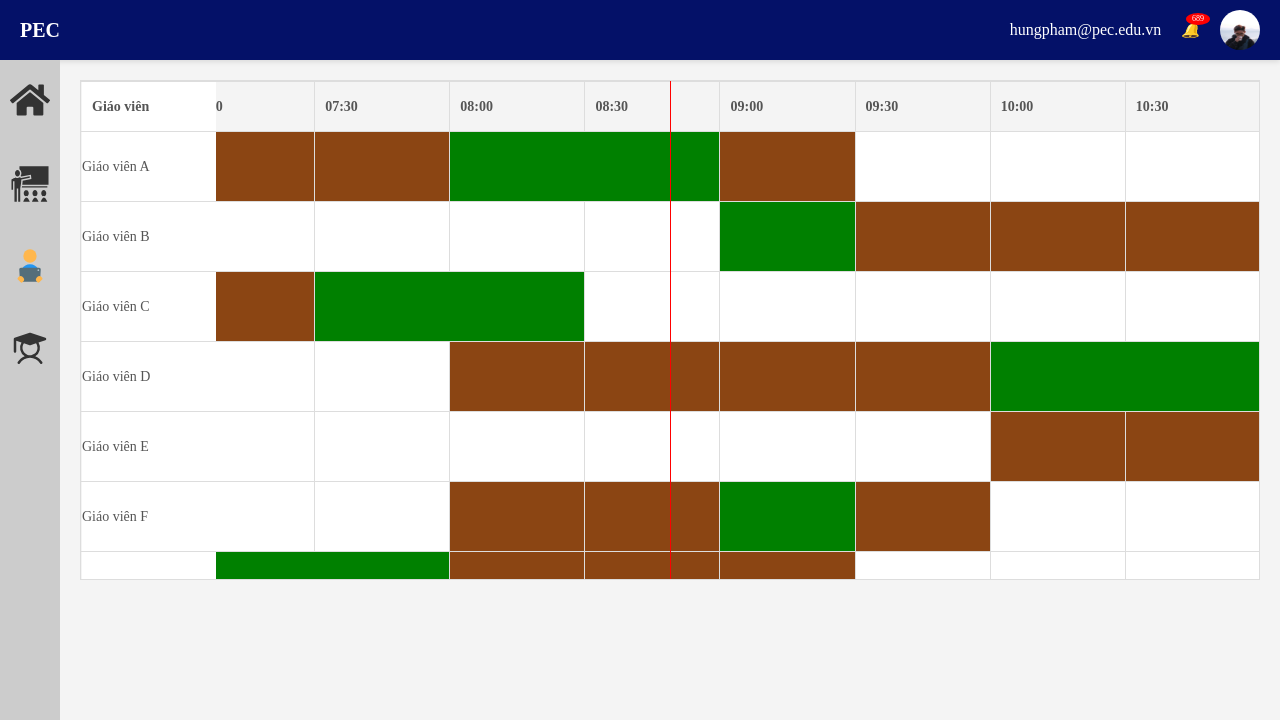
Repository: BitDanceLabels/Bumblebee_BDG
Page: /booking
The author's editor kept a copy of each file at every save. The page is drawn from the files as they stood at one save, then again after the next save.
The browser window is 1280 px wide. The pictures show the whole page.
An inner scrolling area shows only its first screen. The project was rebuilt for these pictures with package versions that can differ from the ones it lists, and the page was loaded fresh each time. Also part of the build but not shown: vite.config.js, src/components/Dashboard/ScheduleStyle.jsx, src/shared/functions.jsx, src/components/Dashboard/ScheduleComponent.jsx, src/components/Dashboard/ClassScheduleMonthly.jsx, src/components/modal/ClassBookingModal.jsx, src/components/modal/ClassUpdateBookingModal.jsx, src/components/modal/CreateStudentModal.jsx and 25 more.

Above is the page before, as saved 2024-10-09 13:38:24.

### index.html
<!DOCTYPE html>
<html lang="en">
  <head>
    <meta charset="UTF-8" />
    <link rel="icon" type="image/png" href="./src/assets/main_logo.png" />
    <meta name="viewport" content="width=device-width, initial-scale=1.0" />
    <title>Power English CRM</title>
  </head>
  <body>
    <div id="root"></div>
    <script type="module" src="/src/main.jsx"></script>
  </body>
</html>

### src/main.jsx
import { StrictMode } from 'react'
import { createRoot } from 'react-dom/client'
import MainApp from './pages/MainApp.jsx'
import App from './App.jsx'
import './index.css'

createRoot(document.getElementById('root')).render(
  <StrictMode>
    <MainApp />
  </StrictMode>
)

### src/pages/MainApp.jsx
import React, { useState } from 'react'
import Header from '../components/General/Header'
import Navbar from '../components/General/Navbar'
import ScheduleComponent from '../components/Dashboard/ScheduleComponent'
import ClassScheduleMonthly from '../components/Dashboard/ClassScheduleMonthly'
import Booking from '../components/Management/Booking'
import ListOfStudent from '../components/Student/ListOfStudent'
import ListOfTeacher from '../components/Teacher/ListOfTeacher'
import { BrowserRouter as Router, Route, Routes } from 'react-router-dom'
import styled from 'styled-components'
import TeacherTabs from '../components/Teacher/TeacherTabs'
import StudentProfile from '../components/Student/StudentProfile'
import TeacherRegisterTimeTable from '../components/Teacher/TeacherRegisterTimeTable'
import TeacherTimeTable from '../components/Teacher/TeacherTimeTable'
import CourseInfo from '../components/Student/CourseInfo'
import TicketTabs from '../components/Management/TicketTabs'
import Users from '../components/Management/Users'

function MainApp() {
  const [isHovered, setIsHovered] = useState(false)

  return (
    <Router>
      <MainAppWrapper>
        <HeaderWrapper>
          <Header />
        </HeaderWrapper>
        <div className="main-layout">
          {/* Truyền setIsHovered để cập nhật trạng thái */}
          <NavbarWrapper
            onMouseEnter={() => setIsHovered(true)}
            onMouseLeave={() => setIsHovered(false)}
            isHovered={isHovered}
          >
            {/* Truyền trạng thái isHovered vào Navbar */}
            <Navbar isHovered={isHovered} />
          </NavbarWrapper>
          <ContentWrapper isHovered={isHovered}>
            <Routes>
              <Route path="/classes" element={<ScheduleComponent />} />
              <Route
                path="/class-schedule"
                element={<ClassScheduleMonthly />}
              />
              <Route path="/booking" element={<Booking />} />
              <Route path="/students" element={<ListOfStudent />} />
              <Route path="/teacher" element={<ListOfTeacher />} />
              <Route path="/teacher-profile" element={<TeacherTabs />} />
              <Route path="/student-profile" element={<StudentProfile />} />
              <Route path="/teacher-timetable" element={<TeacherTimeTable />} />
              <Route path="/course-info" element={<CourseInfo />} />
              <Route path="/ticket" element={<TicketTabs />} />
              <Route path="/users" element={<Users />} />
              <Route
                path="/teacher-register"
                element={<TeacherRegisterTimeTable />}
              />
              {/* Add more routes as needed */}
            </Routes>
          </ContentWrapper>
        </div>
      </MainAppWrapper>
    </Router>
  )
}

const MainAppWrapper = styled.main`
  width: 100%;
  display: flex;
  flex-direction: column;
  height: 100vh;

  .main-layout {
    display: flex;
    flex-grow: 1;
  }
`

const HeaderWrapper = styled.header`
  position: fixed;
  top: 0;
  width: 100%;
  z-index: 1000;
  background-color: white;
  box-shadow: 0 2px 5px rgba(0, 0, 0, 0.1);
`

const NavbarWrapper = styled.nav`
  position: fixed;
  top: 60px;
  left: 0;
  height: calc(100vh - 60px);
  width: ${({ isHovered }) => (isHovered ? '250px' : '60px')};
  background-color: #ccc;
  color: white;
  z-index: 1000;
  overflow-y: auto;
  overflow-x: hidden;
  transition: width 0.4s ease, transform 0.4s ease;

  &:hover {
    transform: translateX(0);
  }
`

const ContentWrapper = styled.div`
  margin-top: 60px;
  margin-left: ${({ isHovered }) =>
    isHovered ? '250px' : '60px'}; /* Thay đổi margin khi hover */
  padding: 20px;
  flex-grow: 1;
  background-color: #f4f4f4;
  min-height: 100%;
  overflow-y: auto;
  transition: margin-left 0.4s ease;
`

export default MainApp

### src/index.css
/*
--- 01 TYPOGRAPHY SYSTEM

- Font sizes (px)
10 / 12 / 14 / 16 / 18 / 20 / 24 / 30 / 36 / 44 / 52 / 62 / 74 / 86 / 98
h2: 3.6rem
h3: 2.4rem
p: 1.8rem

- Font weights
Default: 400
Medium: 500
Semi-bold: 600
Bold: 700

- Line heights
Default: 1
Small: 1.05
Medium: 1.2
Paragraph default: 1.6
Large: 1.8

- Letter spacing
-0.5px
0.75px


--- 05 SHADOWS

0 2.4rem 4.8rem rgba(0, 0, 0, 0.075);

--- 06 BORDER-RADIUS

Default: 9px
Medium: 11px

--- 07 WHITESPACE

- Spacing system (px)
2 / 4 / 8 / 12 / 16 / 24 / 32 / 48 / 64 / 80 / 96 / 128
*/

/* google font */
@import url('https://fonts.googleapis.com/css2?family=Rubik:wght@400;500;600;700&display=swap');
* {
  padding: 0;
  margin: 0;
  box-sizing: border-box;
}

html {
  /* font-size: 10px; */

  /* 10px / 16px = 0.625 = 62.5% */
  /* Percentage of user's browser font-size setting */
  font-size: 62.5%;
  overflow-x: hidden;

  /* Does NOT work on Safari */
  scroll-behavior: smooth;
}

body {
  font-family: 'Times New Roman', Times, serif;
  line-height: 1;
  font-weight: 400;
  color: #555;
  /* background-color: #f9f9f9; */
  background-color: #f1f3f5;

  /* Only works if there is nothing absolutely positioned in relation to body */
  overflow-x: hidden;
}

/**************************/
/* GENRAL REUSABLE COMPONENTS */
/**************************/

/* container */
.container {
  max-width: 1200px;
  margin: 0 auto;
  padding: 0 1.8rem;
}

@media screen and (min-width: 768px) {
  .container {
    padding: 0 3.4rem;
  }
}

@media screen and (min-width: 1400px) {
  .container {
    padding: 0 1rem;
  }
}

.grid {
  display: grid;
  column-gap: 6.4rem;
  row-gap: 9.6rem;

  /* margin-bottom: 9.6rem; */
}

.flex {
  display: flex;
  align-items: center;
}

/* .grid:last-child {
    margin-bottom: 0;
  } */

.grid:not(:last-child) {
  margin-bottom: 9.6rem;
}

.grid--2-cols {
  grid-template-columns: repeat(2, 1fr);
}

.grid--3-cols {
  grid-template-columns: repeat(3, 1fr);
}

.grid--4-cols {
  grid-template-columns: repeat(4, 1fr);
}

/* .grid--5-cols {
    grid-template-columns: repeat(5, 1fr);
  } */

.grid--center-v {
  align-items: center;
}

.white-space-large {
  margin-bottom: 12.8rem;
}

.white-space-medium {
  margin-bottom: 9.6rem;
}

.white-space-medium--top {
  margin-top: 9.6rem;
}

.white-space-small {
  margin-bottom: 6.4rem;
}

.white-space-small--top {
  margin-top: 6.4rem;
}

/* .heading-primary,
.heading-secondary,
.heading-tertiary {
  font-weight: 700;
  color: #333;
  letter-spacing: -0.5px;
}

.heading-primary {
  font-size: 5.2rem;
  line-height: 1.05;
  margin-bottom: 3.2rem;
}

.heading-secondary {
  font-size: 4.4rem;
  line-height: 1.2;
  margin-bottom: 9.6rem;
}

.heading-tertiary {
  font-size: 3rem;
  line-height: 1.2;
  margin-bottom: 3.2rem;
}

.subheading {
  display: block;
  font-size: 1.6rem;
  font-weight: 500;
  color: #1971c2;
  text-transform: uppercase;
  margin-bottom: 1.6rem;
  letter-spacing: 0.75px;
} */
/*
.btn,
.btn:link,
.btn:visited {
  display: inline-block;

  text-decoration: none;
  font-size: 2rem;
  font-weight: 600;
  padding: 1.6rem 3.2rem;
  border-radius: 9px;

  border: none;
  cursor: pointer;
  font-family: inherit;
  transition: all 0.3s;
}

.btn--full:link,
.btn--full:visited {
  background-color: #1971c2;
  color: #fff;
}

.btn--full:hover,
.btn--full:active {
  background-color: #1971c2;
}

.btn--outline:link,
.btn--outline:visited {
  background-color: #fff;
  color: #555;
}

.btn--outline:hover,
.btn--outline:active {
  background-color: #fdf2e9;
  box-shadow: inset 0 0 0 3px #fff;
}

.btn--form {
  background-color: #45260a;
  color: #fdf2e9;
  align-self: end;
  padding: 1.2rem;
}

.btn--form:hover {
  background-color: #fff;
  color: #555;
}
*/
/* .link:link,
.link:visited {
  display: inline-block;
  color: #1971c2;
  text-decoration: none;
  border-bottom: 1px solid currentColor;
  padding-bottom: 2px;
  transition: all 0.3s;
}

.link:hover,
.link:active {
  color: #1971c2;
  border-bottom: 1px solid transparent;
}

.list {
  list-style: none;
  display: flex;
  flex-direction: column;
  gap: 1.6rem;
}

.list-item {
  font-size: 1.8rem;
  display: flex;
  align-items: center;
  gap: 1.6rem;
  line-height: 1.2;
}

.list-icon {
  width: 3rem;
  height: 3rem;
  color: #1971c2;
} */

/**/
/* *:focus {
  outline: none;
  box-shadow: 0 0 0 0.3rem #1971c2;
} */

/* HELPER/SETTINGS CLASSES */
.margin-right-sm {
  margin-right: 1.6rem !important;
}

.margin-bottom-md {
  margin-bottom: 4.8rem !important;
}

.center-text {
  text-align: center;
}

strong {
  font-weight: 500;
}

### src/components/Management/Booking.jsx
import React, { useState, useEffect, useRef } from 'react'
import styled from 'styled-components'
import ClassBookingModal from '../modal/ClassBookingModal'
import ClassUpdateBookingModal from '../modal/ClassUpdateBookingModal'

const WrapperAll = styled.div`
  width: 100%;
`

// Styled component cho Table container
const TableContainer = styled.div`
  width: 100%;
  max-width: 100vw;
  height: 500px;
  overflow-x: auto;
  overflow-y: auto;
  border: 1px solid #ddd;
  position: relative;
  font-size: 14px;
`

// Styled component cho thanh dọc màu đỏ
const RedLine = styled.div`
  position: absolute;
  top: 0;
  height: 300%;
  width: 1.2px;
  background-color: red;
  z-index: 1000;
  transition: left 1s linear;
`

// Styled component cho Table
const Table = styled.table`
  width: 5000px;
  border-collapse: collapse;
  table-layout: fixed;
`

// Styled component cho Table Header
const TableHeader = styled.th`
  height: 50px;
  position: sticky;
  top: 0;
  background: #f4f4f4;
  padding: 10px;
  border: 1px solid #ddd;
  white-space: nowrap;
  text-align: left;
  z-index: 1;
`

// Styled component cho Table Header cố định cột "Giáo viên"
const StickyTableHeader = styled(TableHeader)`
  left: 0;
  z-index: 3;
  background: white;
`

// Styled component cho cột "Giáo viên" cố định
const StickyTableCell = styled.td`
  position: sticky;
  left: 0;
  background: white;
  z-index: 2;
  border: 1px solid #ddd;
  white-space: nowrap;
  text-align: left;
  height: 50px;
`

// Styled component cho Table Cell
const TableCell = styled.td`
  height: 70px;
  padding: 10px;
  text-align: left;
  border: 1px solid #ddd;
  white-space: nowrap;
  cursor: pointer;
`

// Styled component cho modal
const Modal = styled.div`
  display: ${(props) => (props.show ? 'block' : 'none')};
  position: fixed;
  top: 50%;
  left: 50%;
  transform: translate(-50%, -50%);
  background-color: white;
  padding: 20px;
  border: 1px solid #ddd;
  box-shadow: 0px 0px 10px rgba(0, 0, 0, 0.1);
  z-index: 10000;
  padding: 36px;
  text-align: center;
`

// Styled component cho nội dung chữ trong modal
const ModalText = styled.p`
  font-size: 18px;
  color: #333;
  margin-bottom: 20px;
`

// Styled component cho button trong modal
const ModalButton = styled.button`
  background-color: ${(props) => (props.primary ? '#4CAF50' : '#f44336')};
  color: white;
  padding: 10px 20px;
  margin: 5px;
  border: none;
  border-radius: 5px;
  cursor: pointer;
  font-size: 16px;

  &:hover {
    background-color: ${(props) => (props.primary ? '#45a049' : '#d32f2f')};
  }
`

// Styled component cho overlay modal
const ModalOverlay = styled.div`
  display: ${(props) => (props.show ? 'block' : 'none')};
  position: fixed;
  top: 0;
  left: 0;
  width: 100vw;
  height: 100vh;
  background-color: rgba(0, 0, 0, 0.5);
  z-index: 9999;
`

const ButtonContainer = styled.div`
  display: flex;
  justify-content: flex-end; // Căn phải các button
  gap: 10px; // Khoảng cách giữa các button
  margin-top: 20px;
`
// Styled components cho container và các ngày trong tuần
const WeekContainer = styled.div`
  display: flex;
  justify-content: space-between;
  align-items: center;
  padding: 20px 40px;
  margin-bottom: 20px;
  background: #f4f7fb;
  border-bottom: 2px solid #ddd;
`

const DayContainer = styled.div`
  display: flex;
  flex-direction: column;
  align-items: center;
  font-size: 14px;
  color: ${(props) => (props.isSelected ? '#fff' : '#666')};
  background-color: ${(props) =>
    props.isSelected ? '#1e90ff' : 'transparent'};
  padding: ${(props) => (props.isSelected ? '10px' : '0')};
  border-radius: ${(props) => (props.isSelected ? '10px' : '0')};
  position: relative;
  font-weight: ${(props) => (props.isToday ? 'bold' : 'normal')};
  cursor: pointer;
`

const DateLabel = styled.div`
  margin-top: 5px;
  font-size: 12px;
`

const Triangle = styled.div`
  width: 0;
  height: 0;
  border-left: 10px solid transparent;
  border-right: 10px solid transparent;
  border-top: 10px solid #1e90ff;
  position: absolute;
  bottom: -10px;
`

const generateTimeslots = (startTime, endTime, step) => {
  const timeslots = []
  let currentHour = startTime
  let currentMinute = 0

  while (
    currentHour < endTime ||
    (currentHour === endTime && currentMinute === 0)
  ) {
    const hour = currentHour.toString().padStart(2, '0')
    const minute = currentMinute.toString().padStart(2, '0')
    timeslots.push(`${hour}:${minute}`)

    // Cộng thêm bước thời gian (step)
    currentMinute += step
    if (currentMinute >= 60) {
      currentMinute = 0
      currentHour++
    }
  }

  return timeslots
}

// Khung giờ cho lớp học
const timeslots = generateTimeslots(7, 23, 30)

// Dữ liệu lớp học (duration: thời gian kéo dài lớp học)
const teachers = [
  {
    name: 'Giáo viên A',
    availableTimes: ['7-9', '13-16', '20-21'], // Khung giờ dạy được
    schedule: {
      '08:00': {
        code: 'B96018',
        teacher: 'Trần Thị Thùy Dung',
        duration: 45,
        type: 1
      }
    }
  },
  {
    name: 'Giáo viên B',
    availableTimes: ['9-12', '14-17'],
    schedule: {
      '09:00': {
        code: 'C10245',
        teacher: 'Nguyễn Văn B',
        duration: 30,
        type: 2
      }
    }
  },
  {
    name: 'Giáo viên C',
    availableTimes: ['7-8', '12-14', '19-21'],
    schedule: {
      '07:30': {
        code: 'D34201',
        teacher: 'Phạm Văn C',
        duration: 60,
        type: 3
      },
      '19:00': {
        code: 'E45321',
        teacher: 'Phạm Văn C',
        duration: 90,
        type: 1
      }
    }
  },
  {
    name: 'Giáo viên D',
    availableTimes: ['8-11', '13-15'],
    schedule: {
      '10:00': {
        code: 'F56232',
        teacher: 'Lê Thị D',
        duration: 45,
        type: 4
      }
    }
  },
  {
    name: 'Giáo viên E',
    availableTimes: ['10-12', '15-17'],
    schedule: {
      '11:00': {
        code: 'G63412',
        teacher: 'Nguyễn Thị E',
        duration: 60,
        type: 2
      },
      '16:00': {
        code: 'H75621',
        teacher: 'Nguyễn Thị E',
        duration: 45,
        type: 1
      }
    }
  },
  {
    name: 'Giáo viên F',
    availableTimes: ['8-10', '14-18', '19-20'],
    schedule: {
      '09:00': {
        code: 'I87645',
        teacher: 'Trần Văn F',
        duration: 30,
        type: 3
      },
      '15:30': {
        code: 'J98021',
        teacher: 'Trần Văn F',
        duration: 90,
        type: 1
      }
    }
  },
  {
    name: 'Giáo viên G',
    availableTimes: ['6-9', '18-21'],
    schedule: {
      '07:00': {
        code: 'K10982',
        teacher: 'Phạm Thị G',
        duration: 60,
        type: 2
      },
      '19:30': {
        code: 'L23094',
        teacher: 'Phạm Thị G',
        duration: 90,
        type: 4
      }
    }
  },
  {
    name: 'Giáo viên H',
    availableTimes: ['9-11', '13-16'],
    schedule: {
      '09:30': {
        code: 'M34981',
        teacher: 'Nguyễn Văn H',
        duration: 45,
        type: 5
      }
    }
  },
  {
    name: 'Giáo viên I',
    availableTimes: ['6-8', '17-19'],
    schedule: {
      '06:30': {
        code: 'N45023',
        teacher: 'Trần Thị I',
        duration: 60,
        type: 1
      },
      '18:00': {
        code: 'O56104',
        teacher: 'Trần Thị I',
        duration: 60,
        type: 2
      }
    }
  },
  {
    name: 'Giáo viên J',
    availableTimes: ['8-10', '16-18'],
    schedule: {
      '08:30': {
        code: 'P67012',
        teacher: 'Lê Văn J',
        duration: 45,
        type: 4
      }
    }
  }
]

const isTimeInRange = (time, range) => {
  const [start, end] = range.split('-').map(Number)
  const [hour] = time.split(':').map(Number)
  return hour >= start && hour < end
}

// Hàm tính số cột dựa trên thời gian kéo dài lớp học
const calculateColSpan = (duration) => {
  const timeslotDuration = 30
  return duration / timeslotDuration
}

// Hàm tính toán vị trí của thanh dọc dựa trên thời gian hiện tại
const calculateCurrentTimePosition = () => {
  const currentTime = new Date()
  const currentHours = currentTime.getHours()
  const currentMinutes = currentTime.getMinutes()

  const currentTotalMinutes = currentHours * 60 + currentMinutes

  const startTime = 7 * 60 // 07:00
  const endTime = 23 * 60 + 30 // 23:30

  if (currentTotalMinutes < startTime || currentTotalMinutes > endTime) {
    return null
  }

  const totalTableMinutes = endTime - startTime
  const timePassedMinutes = currentTotalMinutes - startTime
  const positionPercent = ((timePassedMinutes + 10) / totalTableMinutes) * 100

  return positionPercent
}

const Booking = () => {
  const [redLinePosition, setRedLinePosition] = useState(null)
  const [modalContent, setModalContent] = useState('')
  const [isModalOpen, setIsModalOpen] = useState(false)
  const [isBookingPossible, setIsBookingPossible] = useState(false)
  const tableContainerRef = useRef(null)
  const [classes, setClasses] = useState([])
  const [classInfo, setClassInfo] = useState(null) // Initialize classInfo state

  useEffect(() => {
    const updateRedLinePosition = () => {
      const positionPercent = calculateCurrentTimePosition()
      if (positionPercent !== null) {
        const tableWidth = tableContainerRef.current.scrollWidth
        const redLinePosition = (positionPercent / 100) * tableWidth
        setRedLinePosition(redLinePosition)

        tableContainerRef.current.scrollLeft =
          redLinePosition - tableContainerRef.current.clientWidth / 2
      }
    }

    updateRedLinePosition()
    const intervalId = setInterval(updateRedLinePosition, 60000)

    return () => clearInterval(intervalId)
  }, [])

  const handleCellClick = (classInfo, isAvailable) => {
    if (classInfo) {
      // Hiển thị modal cập nhật lớp học nếu ô là màu xanh (đã có lớp học)
      setModalContent('ClassUpdateBookingModal')
      setClassInfo(classInfo)
      setIsModalOpen(true)
    } else if (isAvailable) {
      // Hiển thị modal đăng ký lớp học nếu giáo viên rảnh (màu nâu)
      setClasses([
        { code: 'L101', name: 'Toán nâng cao', student: 'Nguyễn Văn A' },
        { code: 'L102', name: 'Lý cơ bản', student: 'Trần Thị B' },
        { code: 'L103', name: 'Hóa học', student: 'Lê Văn C' }
      ])
      setModalContent('ClassBookingModal')
      setIsModalOpen(true)
    } else {
      // Hiển thị modal thông báo không dạy được giờ này (màu trắng)
      setModalContent('Giờ này giáo viên không dạy được')
      setIsBookingPossible(false)
      setIsModalOpen(true)
    }
  }

  const submitBooking = () => {
    alert('Đã đăng ký lớp thành công')
    setIsModalOpen(false)
  }

  const closeModal = () => {
    setIsModalOpen(false)
  }

  const confirmBooking = () => {
    alert('Lớp học đã được book thành công!')
    setIsModalOpen(false)
  }

  const [selectedDay, setSelectedDay] = useState(getToday())
  const [days, setDays] = useState([])

  useEffect(() => {
    const daysList = generateDays()
    setDays(daysList)
  }, [])

  // Hàm lấy ngày hiện tại dưới dạng đối tượng { day, date }
  function getToday() {
    const today = new Date()
    const dayNames = ['SUN', 'MON', 'TUE', 'WED', 'THU', 'FRI', 'SAT']
    const day = dayNames[today.getDay()]
    const date = today.toLocaleDateString('en-GB')
    return { day, date }
  }

  // Hàm tính toán lấy 3 ngày trước và 7 ngày sau hôm nay
  function generateDays() {
    const dayNames = ['SUN', 'MON', 'TUE', 'WED', 'THU', 'FRI', 'SAT']
    const result = []

    const today = new Date()

    // Lấy 3 ngày trước hôm nay
    for (let i = -3; i <= 7; i++) {
      const currentDate = new Date(today)
      currentDate.setDate(today.getDate() + i)

      const day = dayNames[currentDate.getDay()]
      const date = currentDate.toLocaleDateString('en-GB') // Định dạng dd/MM

      result.push({
        day,
        date,
        isToday: i === 0 // Đánh dấu ngày hôm nay
      })
    }

    return result
  }

  const handleDayClick = (day) => {
    setSelectedDay(day)
  }

  return (
    <>
      {/* ClassBookingModal */}
      {modalContent === 'ClassBookingModal' && (
        <ClassBookingModal
          show={isModalOpen}
          onClose={closeModal}
          onSubmit={submitBooking}
          classes={classes}
        />
      )}

      {modalContent === 'ClassUpdateBookingModal' && (
        <ClassUpdateBookingModal
          show={isModalOpen}
          onClose={closeModal}
          onSubmit={confirmBooking} // Hàm này xử lý khi submit form trong modal
          classInfo={classInfo} // Truyền thông tin lớp học
          teachers={teachers} // Truyền danh sách giáo viên
        />
      )}

      {/* Thông báo không thể dạy giờ này */}
      {modalContent === 'Giờ này giáo viên không dạy được' && (
        <Modal show={isModalOpen}>
          <ModalText>{modalContent}</ModalText>
          <ButtonContainer>
            <ModalButton onClick={closeModal}>Đóng</ModalButton>
          </ButtonContainer>
        </Modal>
      )}

      <WrapperAll>
        <TableContainer ref={tableContainerRef}>
          {redLinePosition !== null && (
            <RedLine style={{ left: redLinePosition + 'px' }} />
          )}
          <Table>
            <thead>
              <tr>
                <StickyTableHeader>Giáo viên</StickyTableHeader>
                {timeslots.map((time) => (
                  <TableHeader key={time}>{time}</TableHeader>
                ))}
              </tr>
            </thead>
            <tbody>
              {teachers.map((teacher) => (
                <tr key={teacher.name}>
                  <StickyTableCell>{teacher.name}</StickyTableCell>
                  {timeslots.map((time, index) => {
                    const classInfo = teacher.schedule[time]
                    const isAvailable = teacher.availableTimes.some((range) =>
                      isTimeInRange(time, range)
                    )

                    if (classInfo) {
                      const colSpan = calculateColSpan(classInfo.duration)
                      return (
                        <TableCell
                          key={time}
                          colSpan={Math.ceil(colSpan)}
                          style={{ backgroundColor: 'green' }} // Màu xanh cho lớp học
                          onClick={() =>
                            handleCellClick(classInfo, isAvailable)
                          }
                        ></TableCell>
                      )
                    } else if (isAvailable) {
                      return (
                        <TableCell
                          key={time}
                          style={{ backgroundColor: '#8b4513' }} // Màu nâu cho giờ rảnh
                          onClick={() => handleCellClick(null, isAvailable)}
                        />
                      )
                    } else {
                      return (
                        <TableCell
                          key={time}
                          style={{ backgroundColor: 'white' }} // Màu trắng
                          onClick={() => handleCellClick(null, isAvailable)}
                        />
                      )
                    }
                  })}
                </tr>
              ))}
            </tbody>
          </Table>
        </TableContainer>
      </WrapperAll>
    </>
  )
}
export default Booking

Loaded but not shown: src/components/General/Navbar.jsx (235 lines, source omitted); src/components/General/Header.jsx (236 lines, source omitted)

After the next save:
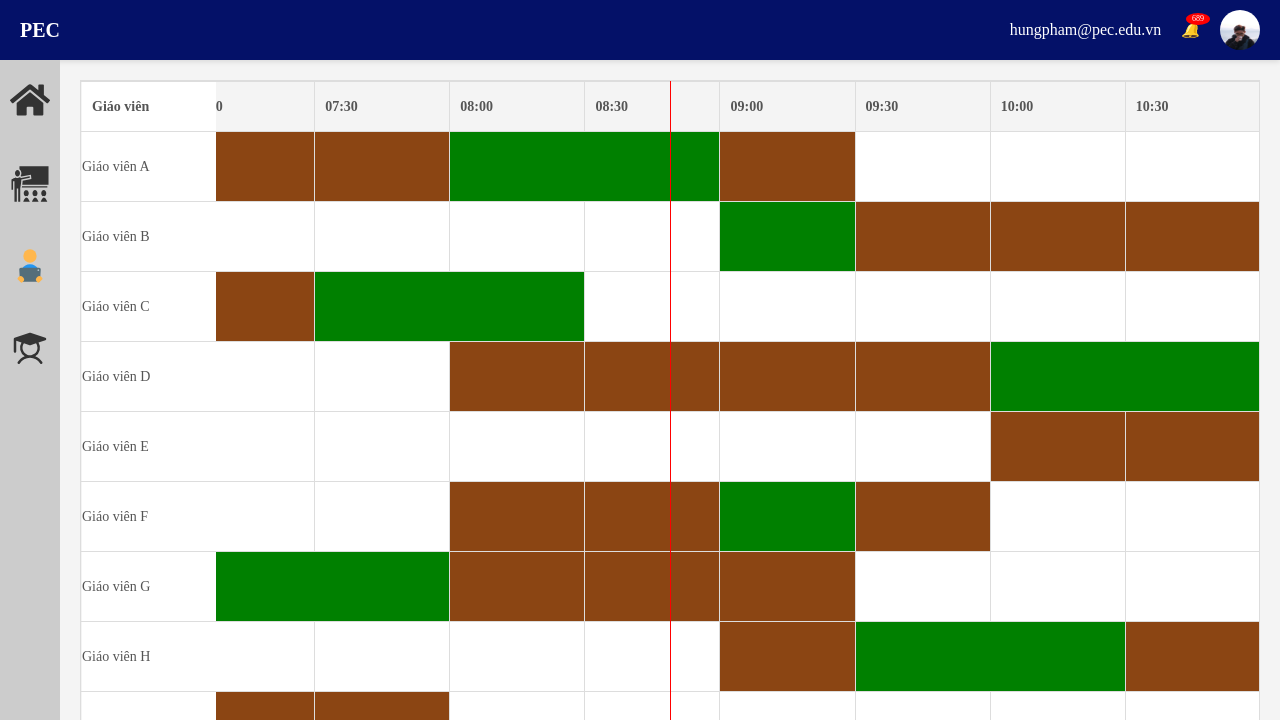
Saved 71 s later.
--- a/src/components/Management/Booking.jsx
+++ b/src/components/Management/Booking.jsx
@@ -11,7 +11,7 @@ const WrapperAll = styled.div`
 const TableContainer = styled.div`
   width: 100%;
   max-width: 100vw;
-  height: 500px;
+  height: 100vh;
   overflow-x: auto;
   overflow-y: auto;
   border: 1px solid #ddd;
